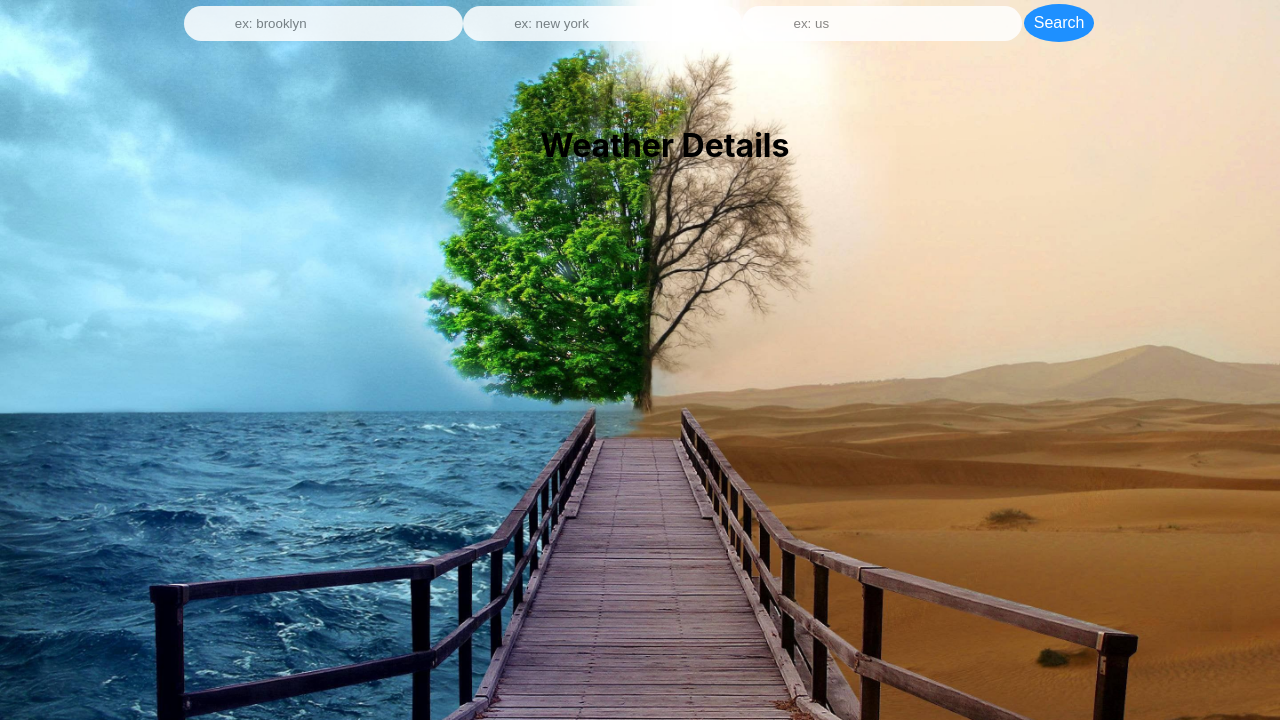
Repository: Mohsin231/Weather_App
Page: /
These files come from the project's save history. The page is drawn as it stood at one moment and after the next save; the edit follows.
The browser window is 1280 px wide. The pictures show the whole page.
The project was rebuilt for these pictures with package versions that can differ from the ones it lists, and the page was loaded fresh each time.

Above is the page before, as saved 2021-01-25 04:43:58.

After the next save:
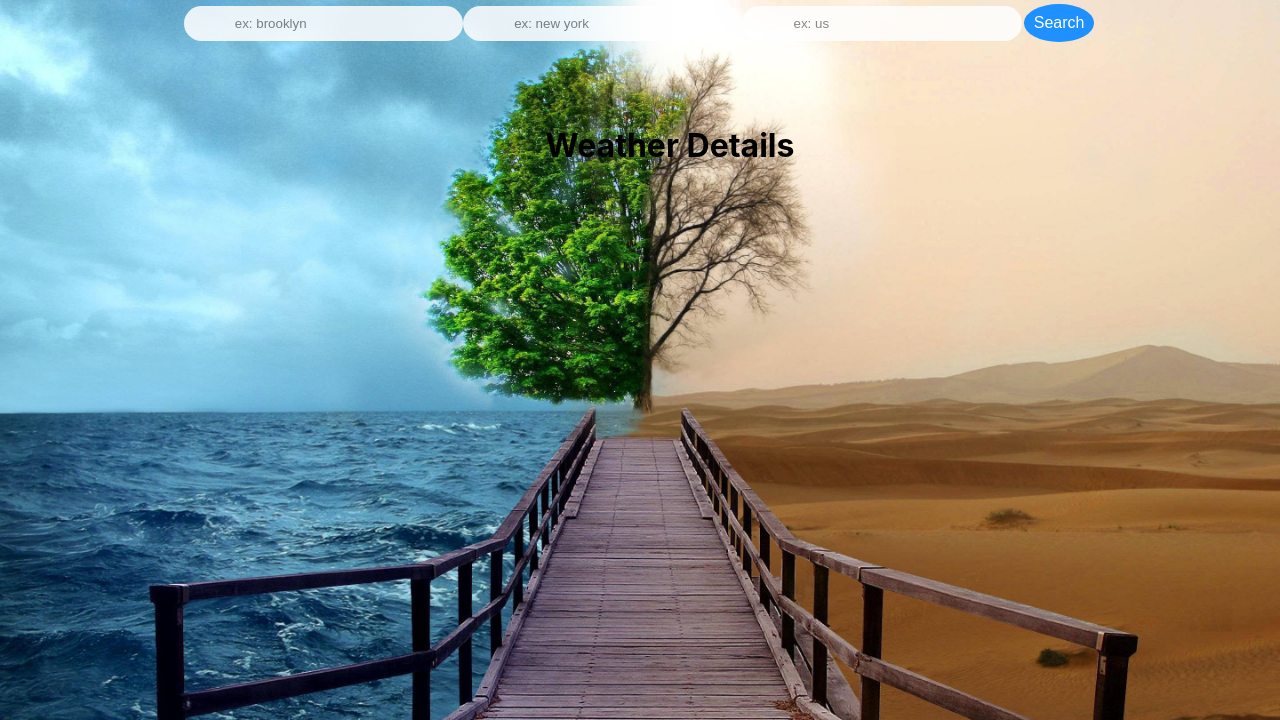
Saved 17 s later.
--- a/src/Weather.css
+++ b/src/Weather.css
@@ -4,7 +4,7 @@
     justify-content: center;
     align-items: center;
     flex-direction: column;
-    padding-left: 50px;
+    padding-left: 60px;
   }
 
 .city {
